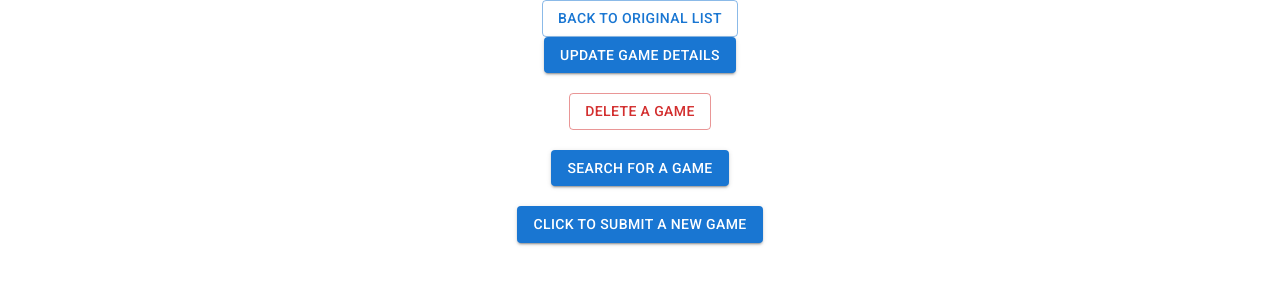
Repository: The-Software-Guild/assessment-2-react-nj10deadend
Page: / (app in Part-2/React-section/frontend/)
These files come from the project's save history. The page is drawn as it stood at one moment and after the next save; the edit follows.
The browser window is 1280 px wide. The pictures show the whole page.
The page's requests for data from a server got no answer. The project was rebuilt for these pictures with package versions that can differ from the ones it lists, and the page was loaded fresh each time. No one was signed in, and anything a server would have sent is missing. Also part of the build but not shown: Part-2/React-section/frontend/src/components/GameCards.js.

Above is the page before, as saved 2021-12-19 22:56:13.

### Part-2/React-section/frontend/public/index.html
<!DOCTYPE html>
<html lang="en">
  <head>
    <meta charset="utf-8" />
    <link rel="icon" href="%PUBLIC_URL%/favicon.ico" />
    <meta name="viewport" content="width=device-width, initial-scale=1" />
    <meta name="theme-color" content="#000000" />
    <meta name="viewport" content="initial-scale=1, width=device-width" />
    <meta
      name="description"
      content="Web site created using create-react-app"
    />
    <link rel="apple-touch-icon" href="%PUBLIC_URL%/logo192.png" />
    <!--
      manifest.json provides metadata used when your web app is installed on a
      user's mobile device or desktop. See https://developers.google.com/web/fundamentals/web-app-manifest/
    -->
    <link rel="manifest" href="%PUBLIC_URL%/manifest.json" />
    <!--
      Notice the use of %PUBLIC_URL% in the tags above.
      It will be replaced with the URL of the `public` folder during the build.
      Only files inside the `public` folder can be referenced from the HTML.

      Unlike "/favicon.ico" or "favicon.ico", "%PUBLIC_URL%/favicon.ico" will
      work correctly both with client-side routing and a non-root public URL.
      Learn how to configure a non-root public URL by running `npm run build`.
    -->
    <link
      rel="stylesheet"
      href="https://fonts.googleapis.com/css?family=Roboto:300,400,500,700&display=swap"
    />
    <link
      rel="stylesheet"
      href="https://fonts.googleapis.com/icon?family=Material+Icons"
    />
    <title>React App</title>
  </head>
  <body>
    <noscript>You need to enable JavaScript to run this app.</noscript>
    <div id="root"></div>
    <!--
      This HTML file is a template.
      If you open it directly in the browser, you will see an empty page.

      You can add webfonts, meta tags, or analytics to this file.
      The build step will place the bundled scripts into the <body> tag.

      To begin the development, run `npm start` or `yarn start`.
      To create a production bundle, use `npm run build` or `yarn build`.
    -->
  </body>
</html>

### Part-2/React-section/frontend/src/index.css
body {
  margin: 0;
  font-family: -apple-system, BlinkMacSystemFont, 'Segoe UI', 'Roboto', 'Oxygen',
    'Ubuntu', 'Cantarell', 'Fira Sans', 'Droid Sans', 'Helvetica Neue',
    sans-serif;
  -webkit-font-smoothing: antialiased;
  -moz-osx-font-smoothing: grayscale;
}

code {
  font-family: source-code-pro, Menlo, Monaco, Consolas, 'Courier New',
    monospace;
}

.imgs {
  height: 300px;
  width: 300px;
  border-radius: 5px;
}
.game-cards {
  border-color: lightblue;
  border-style: outset;
}
.divider {
  border-top: 1px dotted lightblue;
}

#outlined-basic1 {
  height: 7px;
  width: 200px;
}
#outlined-basic2 {
  height: 7px;
  width: 200px;
}
#outlined-basic3 {
  height: 7px;
  width: 200px;
}
#outlined-basic4 {
  height: 7px;
  width: 200px;
}
#outlined-basic5 {
  height: 7px;
  width: 200px;
}
#outlined-basic6 {
  height: 7px;
  width: 200px;
}
#outlined-basic7 {
  height: 7px;
  width: 200px;
}
#outlined-basic8 {
  height: 7px;
  width: 200px;
}

### Part-2/React-section/frontend/src/App.js
import './App.css';
import Home from './components/Home';
import AddGameForm from './components/AddGameForm';
import GameSearch from './components/GameSearch';
import UpdateGame from './components/UpdateGame';
import DeleteGame from './components/DeleteGame';
import axios from 'axios';
import {useState, useEffect} from 'react';
import Container from '@mui/material/Container';

// import {Container} from '@mui/material';
import Button from '@mui/material/Button';
// import Typography from '@mui/material/Typography';

function App() {

  const [gameData, setGameData] = useState([]);

  function getFetchGameServer () {
    axios.get(`http://localhost:8080/allGames`)
      .then(res => {
        setGameData(res.data)
      })

  }

  useEffect(getFetchGameServer, []);

  return (
    <Container fluid className="App">

      <Button variant="outlined"onClick={getFetchGameServer}>Back to Original List</Button>
      <UpdateGame getFetchGameServer={getFetchGameServer}/>
      <br></br>
      <DeleteGame getFetchGameServer={getFetchGameServer} />
      <br></br>
      <GameSearch setGameData={setGameData}/>
      <br></br>
      <AddGameForm setGameData={setGameData}/>


      <Home gameData={gameData}/>

    </Container>

  );
}

export default App;

### Part-2/React-section/frontend/src/components/Home.js
import GameCards from "./GameCards";


function Home ({gameData}) {

    const renderGameData = gameData.map(eachGame => {
        return (
            <GameCards key={eachGame._id} eachGame={eachGame} />
        )
    })
    return (
        <div>
            {renderGameData}

        </div>
    )
}

export default Home;

### Part-2/React-section/frontend/src/components/AddGameForm.js
import {useState, useEffect} from 'react';
import axios from 'axios';
import Button from '@mui/material/Button';
import SendIcon from '@mui/icons-material/Send';
import TextField from '@mui/material/TextField';


function AddGameForm ({setGameData}) {

    const [clicked, setClicked] = useState(false);
    const [submitted, setSubmitted] = useState(false);
    const [name, setName] = useState("");
    const [img, setImg] = useState("");
    const [crossPlatform, setCrossPlatform] = useState("");
    const [price, setPrice] = useState("");
    const [genres, setGenres] = useState(["", "", ""]);
    const buttonText = clicked ? "Hide Submission Form" : "Click to Submit a New Game"

    function postRequest() {
        return axios.post('http://localhost:8080/allGames', {
            name: name,
            img: img,
            cross_platform: crossPlatform,
            price: price,
            genres: genres
        })
        .then(function (response) {
            console.log(response);
            return response.data;
        })
        .catch(function (error) {
            console.log(error);
            return null;
        });
    }

    async function onSubmit(event) {
        event.preventDefault();
        setName("");
        setImg("");
        setCrossPlatform("");
        setPrice("");
        setGenres(["", "", ""]);
        const newGame = await postRequest();
        setGameData((oldInfo)=> {
            // console.log(oldInfo)
            return [...oldInfo, newGame]
        })
    }

    return (
        <div>
            <Button variant="contained" onClick={() => {setClicked(!clicked)}}>{buttonText}</Button>
            {clicked && (
                <form onSubmit={onSubmit}>
                <div>
                    <label for="name">Name</label>
                    <br></br>
                    <br></br>
                    <TextField id="outlined-basic2" label="Enter name"
                    variant="outlined"
                    onChange={(event) => {setName(event.target.value)}}
                    value = {name}
                    />
                </div>
                <div>
                    <label for="img">Image Url</label>
                    <br></br>
                    <br></br>
                    <TextField id="outlined-basic3" label="Enter Image URL"
                    variant="outlined"
                    onChange={(event) => {setImg(event.target.value)}}
                    value = {img}
                    />
                </div>
                <div>
                    <label for="cross platform">Cross Platform</label>
                    <br></br>
                    <br></br>
                    <TextField id="outlined-basic4" label="Enter True or False"
                    variant="outlined"
                    onChange={(event) => {setCrossPlatform(event.target.value)}}
                    value = {crossPlatform}
                    />
                </div>
                <div>
                    <label for="price">Price</label>
                    <br></br>
                    <br></br>
                    <TextField id="outlined-basic5" label="Enter price of game"
                    variant="outlined"
                    onChange={(event) => {setPrice(event.target.value)}}
                    value = {price}
                    />
                </div>
                <div>
                    <label for="genres">Genres</label>
                    <br></br>
                    <br></br>
                    <TextField id="outlined-basic6" label="Enter first genre category"
                    variant="outlined"
                    onChange={(event) => {setGenres([event.target.value, genres[1], genres[2]])}}
                    value = {genres[0]}
                    />
                    <br></br>
                    <br></br>
                    <TextField id="outlined-basic7" label="Enter second genre category"
                    variant="outlined"
                    onChange={(event) => {setGenres([genres[0], event.target.value, genres[2] ])}}
                    value = {genres[1]}
                    />
                    <br></br>
                    <br></br>
                    <TextField id="outlined-basic8" label="Enter third genre category"
                    variant="outlined"
                    onChange={(event) => {setGenres([genres[0], genres[1], event.target.value])}}
                    value = {genres[2]}
                    />

                </div>
                <Button variant="contained" endIcon={<SendIcon />} type="submit">Submit new Game</Button>

            </form>
            )}


        </div>
    )
}

export default AddGameForm;

### Part-2/React-section/frontend/src/components/GameSearch.js
import {useState} from 'react';
import axios from 'axios';
import Button from '@mui/material/Button';
import TextField from '@mui/material/TextField';

function GameSearch ({setGameData}) {

    const [searchId, setSearchId] = useState("");
    const [clicked, setClicked] = useState(false);

    const searchGameText = clicked ? "Hide Search Form" : "Search for a Game"

    function getFetchOneGame () {
        axios.get(`http://localhost:8080/allGames/${searchId}`)
          .then(res => {
            setGameData([res.data])
        })

    }

    function onSearch(event) {
        event.preventDefault()
        setSearchId("");
        getFetchOneGame();
    }

    return (
        <div>
            <Button variant="contained" onClick={() => {setClicked(!clicked)}}>{searchGameText}</Button>
            {clicked && (
                <form onSubmit={onSearch}>
                    <br></br>
                    <TextField id="outlined-basic" label="Search for game by id"
                    variant="outlined"
                    onChange={(event) => {setSearchId(event.target.value)}}
                    value = {searchId}
                    />
                    <br></br>
                    <Button variant="outlined" type="submit">Search</Button>
                </form>
            )}
        </div>
    )
}

export default GameSearch;

### Part-2/React-section/frontend/src/components/UpdateGame.js
import {useState} from 'react';
import axios from 'axios';
import Button from '@mui/material/Button';
import Box from '@mui/material/Box';
import TextField from '@mui/material/TextField';
import SendIcon from '@mui/icons-material/Send';



function UpdateGame ({getFetchGameServer}) {
    const [name, setName] = useState("");
    const [img, setImg] = useState("");
    const [crossPlatform, setCrossPlatform] = useState("");
    const [price, setPrice] = useState("");
    const [genres, setGenres] = useState(["", "", ""]);

    const [clicked, setClicked] = useState(false);
    const [searchId, setSearchId] = useState("");

    const updateButtonText = clicked ? "Hide Update Form" : "Update game details"

    async function patchRequest () {
        await axios.patch(`http://localhost:8080/allGames/update/${searchId}`,  {
            name: name,
            img: img,
            cross_platform: crossPlatform,
            price: price,
            genres: genres
        })
    }

    async function updateChanges (event) {
        event.preventDefault();
        await patchRequest();
        getFetchGameServer();
        setSearchId("");
        setName("");
        setImg("");
        setCrossPlatform("");
        setPrice("");
    }
    return (
        <Box sx={{ borderRadius: '50%' }}>
            <Button variant="contained" onClick={() => {setClicked(!clicked)}}>{updateButtonText}</Button>
            {clicked && (
                <div>
                    <br></br>
                    <form onSubmit={updateChanges}>
                        <div>
                            <label for="game-id">Game ID</label>
                            <br></br>
                            <br></br>
                            <TextField id="outlined-basic1" label="Enter ID of Game you want to update"
                            variant="outlined"
                            onChange={(event) => {setSearchId(event.target.value)}}
                            value = {searchId}
                            />
                        </div>
                        <div>
                            <label for="name">Name</label>
                            <br></br>
                            <br></br>
                            <TextField id="outlined-basic2" label="Enter name"
                            variant="outlined"
                            onChange={(event) => {setName(event.target.value)}}
                            value = {name}
                            />
                        </div>
                        <div>
                            <label for="img">Image Url</label>
                            <br></br>
                            <br></br>
                            <TextField id="outlined-basic3" label="Enter Image URL"
                            variant="outlined"
                            onChange={(event) => {setImg(event.target.value)}}
                            value = {img}
                            />
                        </div>
                        <div>
                            <label for="cross platform">Cross Platform</label>
                            <br></br>
                            <br></br>
                            <TextField id="outlined-basic4" label="Enter True or False"
                            variant="outlined"
                            onChange={(event) => {setCrossPlatform(event.target.value)}}
                            value = {crossPlatform}
                            />
                        </div>
                        <div>
                            <label for="price">Price</label>
                            <br></br>
                            <br></br>
                            <TextField id="outlined-basic5" label="Enter price of game"
                            variant="outlined"
                            onChange={(event) => {setPrice(event.target.value)}}
                            value = {price}
                            />
                        </div>
                        <div>
                            <label for="genres">Genres</label>
                            <br></br>
                            <br></br>
                            <TextField id="outlined-basic6" label="Enter first genre category"
                            variant="outlined"
                            onChange={(event) => {setGenres([event.target.value, genres[1], genres[2]])}}
                            value = {genres[0]}
                            />
                            <br></br>
                            <br></br>
                            <TextField id="outlined-basic7" label="Enter second genre category"
                            variant="outlined"
                            onChange={(event) => {setGenres([genres[0], event.target.value, genres[2] ])}}
                            value = {genres[1]}
                            />
                            <br></br>
                            <br></br>
                            <TextField id="outlined-basic8" label="Enter third genre category"
                            variant="outlined"
                            onChange={(event) => {setGenres([genres[0], genres[1], event.target.value])}}
                            value = {genres[2]}
                            />

                        </div>
                        <Button variant="contained" endIcon={<SendIcon />} type="submit">Submit Changes</Button>

                    </form>
                </div>
            )}


        </Box>
    )
}

export default UpdateGame;

### Part-2/React-section/frontend/src/components/DeleteGame.js
import axios from 'axios';
import {useState} from 'react';
import Button from '@mui/material/Button';
import DeleteIcon from '@mui/icons-material/Delete';
import TextField from '@mui/material/TextField';


function DeleteGame ({getFetchGameServer}) {

    const [searchId, setSearchId] = useState("");
    const [clicked, setClicked] = useState(false);

    const deleteText = clicked ? "Hide Delete Form" : "Delete A Game"

    async function deleteGame () {
        await axios.delete(`http://localhost:8080/allGames/delete/${searchId}`)
    }

    async function onSubmit (event) {
        event.preventDefault();
        await deleteGame();
        getFetchGameServer();
        setSearchId("");

    }
    return (
        <div>
            <Button variant="outlined" color="error" onClick={() => {setClicked(!clicked)}}>{deleteText}</Button>
            {clicked && (
                <form onSubmit={onSubmit}>
                    <br></br>
                    <div>
                    <TextField id="outlined-basic" label="Enter ID of game you want deleted"
                    variant="outlined"
                    onChange={(event) => {setSearchId(event.target.value)}}
                    value = {searchId}
                    />
                    </div>
                    <br></br>
                    <div>
                        <Button type="submit" variant="outlined" color="error" startIcon={<DeleteIcon />}>Delete Game</Button>
                    </div>
                </form>
            )}

        </div>
    )
}
export default DeleteGame;

Loaded but not shown: Part-2/React-section/frontend/src/index.js (common file); Part-2/React-section/frontend/src/reportWebVitals.js (common file); Part-2/React-section/frontend/src/App.css (common file)

After the next save:
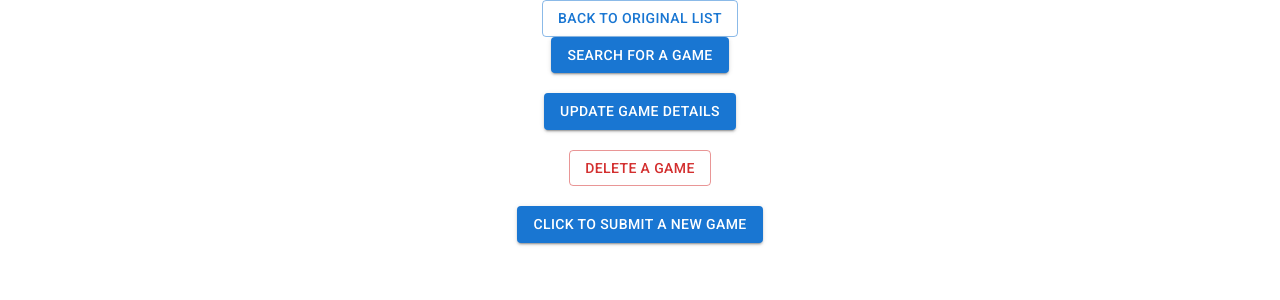
Saved 104 s later.
--- a/Part-2/React-section/frontend/src/App.js
+++ b/Part-2/React-section/frontend/src/App.js
@@ -7,10 +7,10 @@ import DeleteGame from './components/DeleteGame';
 import axios from 'axios';
 import {useState, useEffect} from 'react';
 import Container from '@mui/material/Container';
+import Typography from '@mui/material/Typography';
 
 // import {Container} from '@mui/material';
 import Button from '@mui/material/Button';
-// import Typography from '@mui/material/Typography';
 
 function App() {
 
@@ -29,14 +29,16 @@ function App() {
   return (
     <Container fluid className="App">
 
+
       <Button variant="outlined"onClick={getFetchGameServer}>Back to Original List</Button>
+      <GameSearch setGameData={setGameData}/>
+      <br></br>
       <UpdateGame getFetchGameServer={getFetchGameServer}/>
       <br></br>
       <DeleteGame getFetchGameServer={getFetchGameServer} />
       <br></br>
-      <GameSearch setGameData={setGameData}/>
+      <AddGameForm setGameData={setGameData}/>
       <br></br>
-      <AddGameForm setGameData={setGameData}/>
 
 
       <Home gameData={gameData}/>
